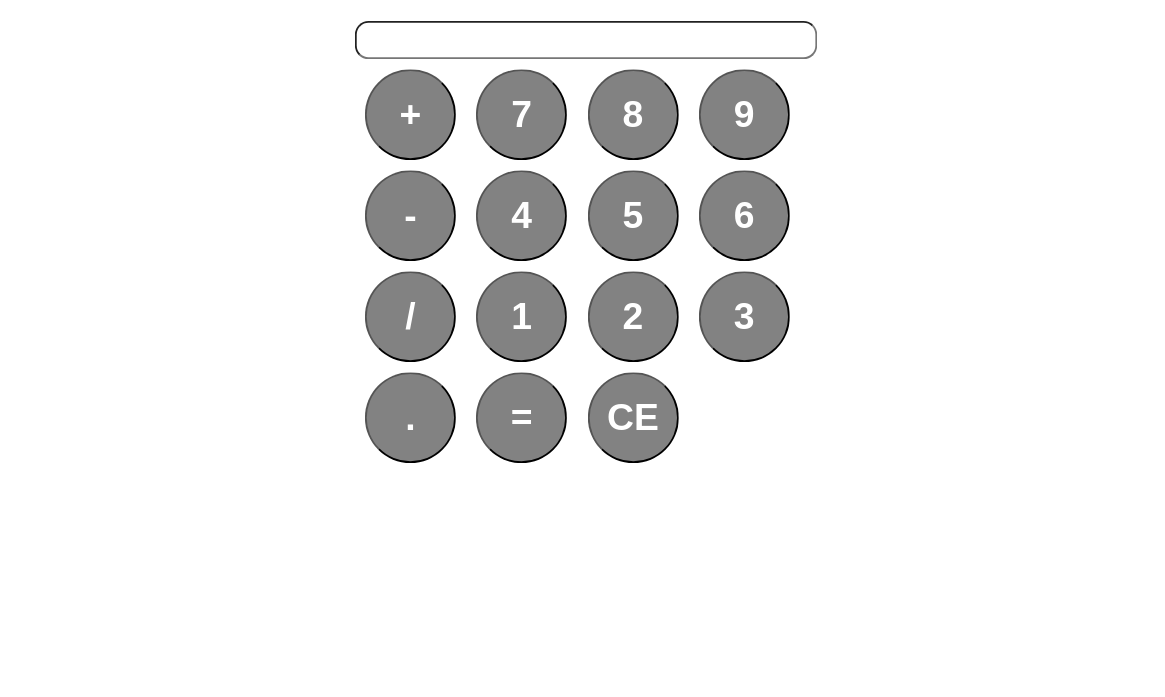
Repository: rkrukshan/JS-Calculator
Page: index.html
The author's editor kept a copy of each file at every save. The page is drawn from the files as they stood at one save, then again after the next save.
The browser window is 1280 px wide. The pictures show the whole page, at 91% of full size.

Above is the page before, as saved 2024-09-02 13:34:44.

### index.html
<!DOCTYPE html>
<html lang="en">

<head>
    <meta charset="UTF-8">
    <meta name="viewport" content="width=device-width, initial-scale=1.0">
    <title>Document</title>
    <link rel="stylesheet" href="style.css">
</head>

<body>
    <div id="calculator">
        <input id="screen" readonly>
        <div id="buttons">

            <button onclick="appendScreen('+')">+</button>
            <button onclick="appendScreen('7')">7</button>
            <button onclick="appendScreen('8')">8</button>
            <button onclick="appendScreen('9')">9</button>
            <button onclick="appendScreen('-')">-</button>
            <button onclick="appendScreen('4')">4</button>
            <button onclick="appendScreen('5')">5</button>
            <button onclick="appendScreen('6')">6</button>
            <button onclick="appendScreen('/')">/</button>
            <button onclick="appendScreen('1')">1</button>
            <button onclick="appendScreen('2')">2</button>
            <button onclick="appendScreen('3')">3</button>
            <button onclick="appendScreen('.')">.</button>
            <button onclick="appendScreen('=')">=</button>
            <button onclick="appendScreen('CE')">CE</button>

        </div>
    </div>
</body>

</html>

### style.css
#calculator {
  display: flexbox;
  align-items: center;
  height: 100vh;
  justify-content: center;
  border: none;
  max-width: 500px;
  margin: auto;
  padding: 15px 5px;
}
#screen {
  width: 100%;
  height: 5%;
  color: white;
  border-radius: 15px;
}
#buttons {
  display: grid;
  grid-template-columns: repeat(4, 1fr);
  gap: 11px;
  padding: 11px;
}
button{
    width: 100px;
    height: 100px;
    border-radius: 50px;
    color: white;
    background-color: hsl(0, 0%,51%);
    font-size: 41px;
    font-weight: bold;
}

After the next save:
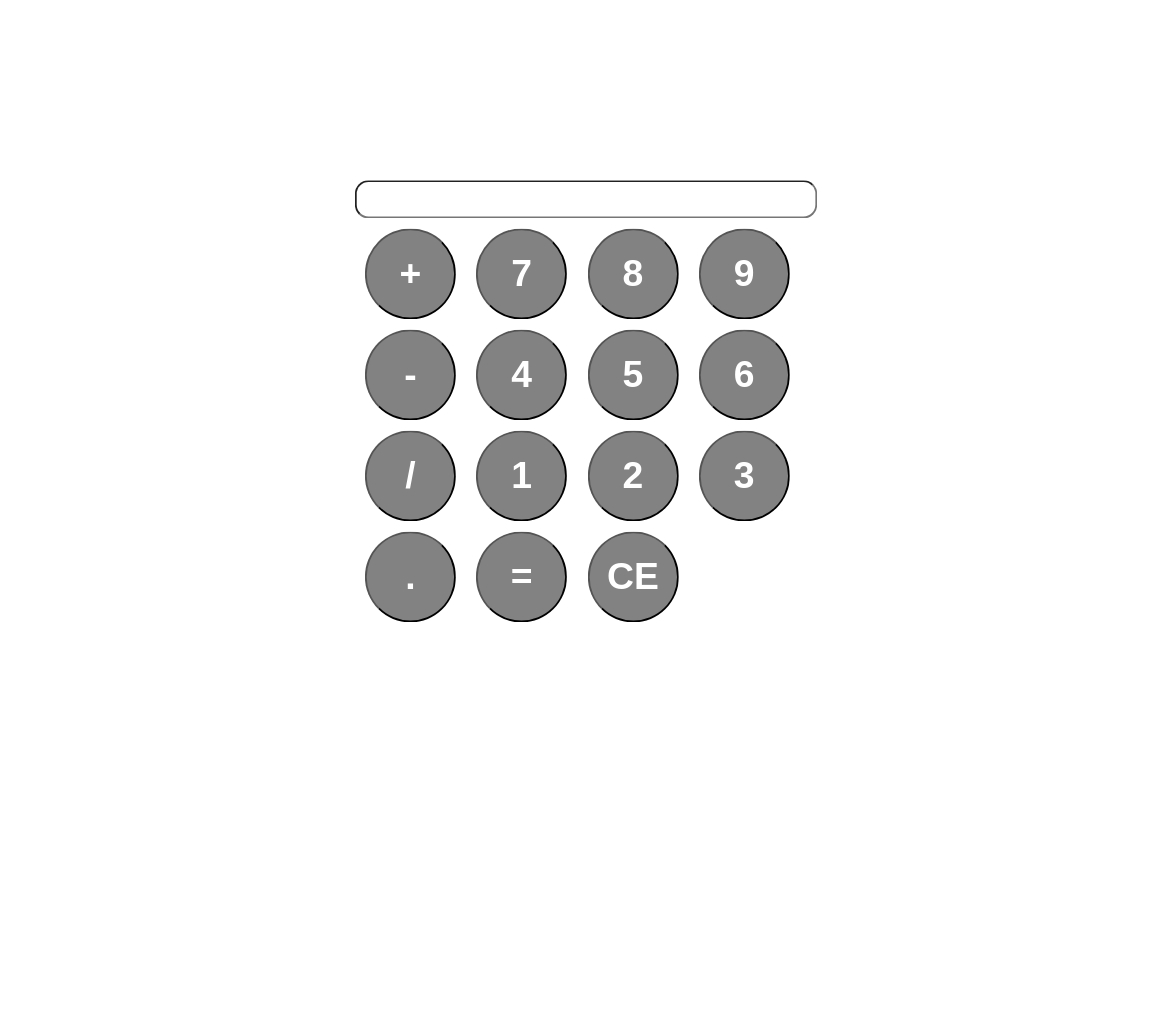
Saved 9 s later.
--- a/style.css
+++ b/style.css
@@ -6,7 +6,7 @@
   border: none;
   max-width: 500px;
   margin: auto;
-  padding: 15px 5px;
+  padding: 15% 5px;
 }
 #screen {
   width: 100%;
